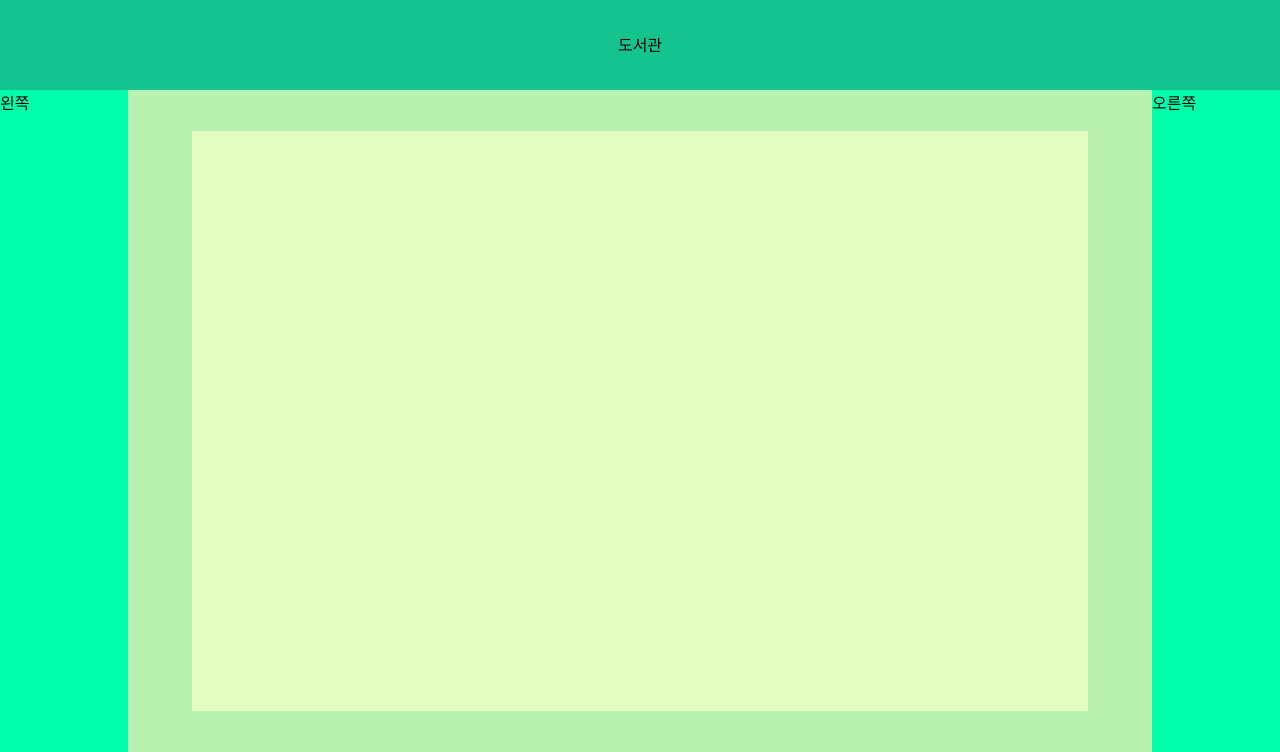
Repository: sojihwan/API_-Multi
Page: / (app in API/)
An editor plug-in stored every save of this project. The page is shown before and after the next save, followed by the edit.
The browser window is 1280 px wide. The pictures show the whole page.
The project was rebuilt for these pictures with package versions that can differ from the ones it lists, and the page was loaded fresh each time. Also part of the build but not shown: API/src/App.css.

Above is the page before, as saved 2022-05-24 16:17:04.

After the next save:
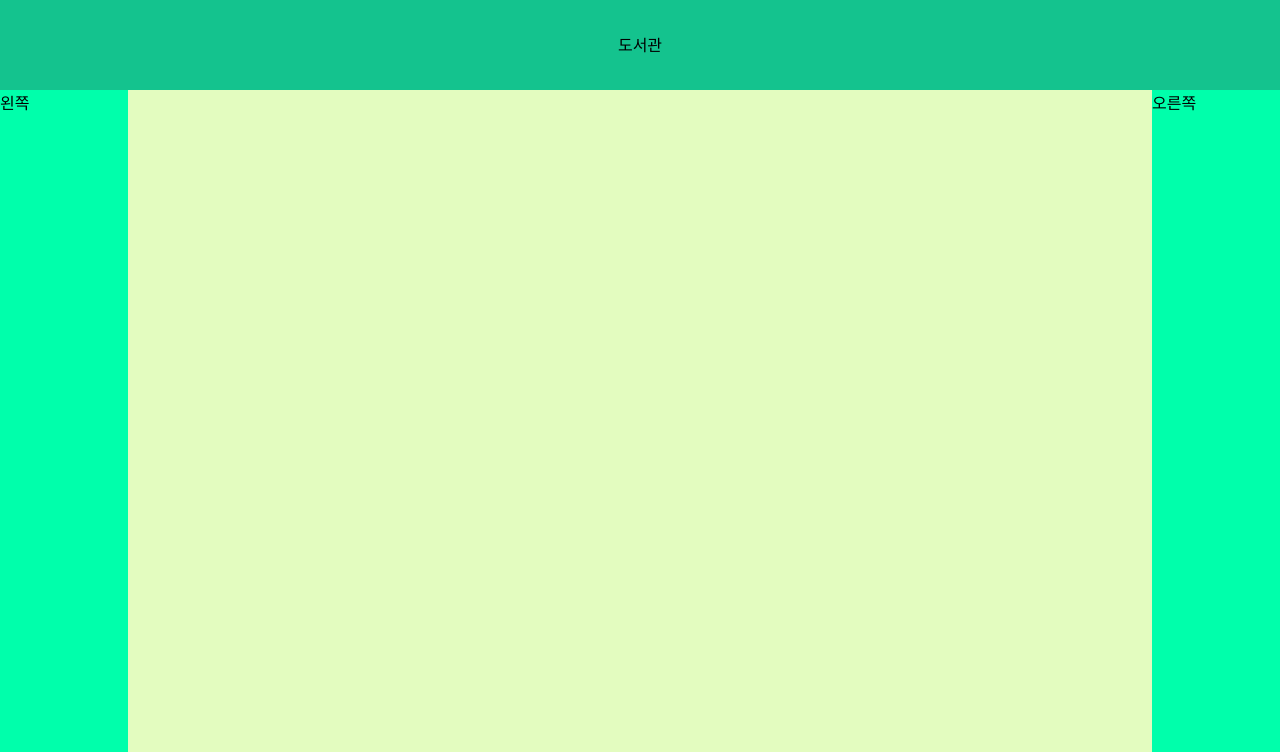
Saved 13 s later.
--- a/API/src/Layout/layout.css
+++ b/API/src/Layout/layout.css
@@ -28,7 +28,7 @@ main {
   justify-content: center;
   align-items: center;
   min-height: 91.9vh;
-  background: #B8F1B0;
+  background: #E3FCBF;
 }
 
 main aside:last-child {
